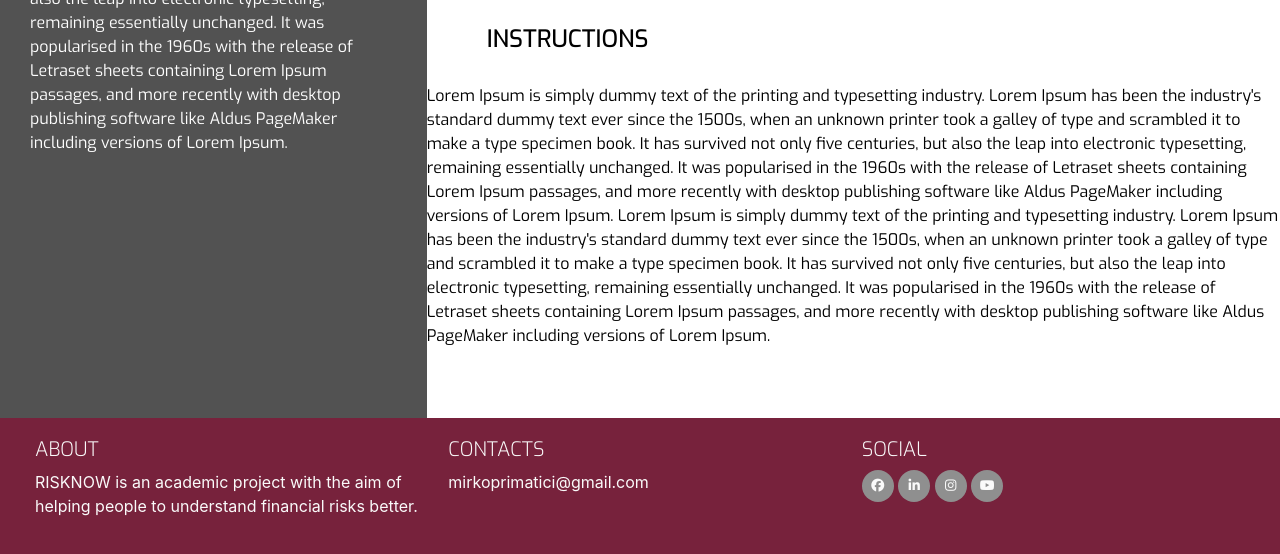
Repository: mirkoprimaticix/risknow.net
Page: eventrisk.html
The author's editor kept a record of every edit. The page is drawn from the files as they stood at one moment, then again after the next edit.
The browser window is 1280 px wide. The pictures show the part of the page from y = 723 to 1286 px (the page is 1277 px tall before and 1286 px after).
Some web libraries are served in a nearby version.

Above is the page before.
Console error: TypeError: Cannot read properties of undefined (reading 'fn')

After the next edit:
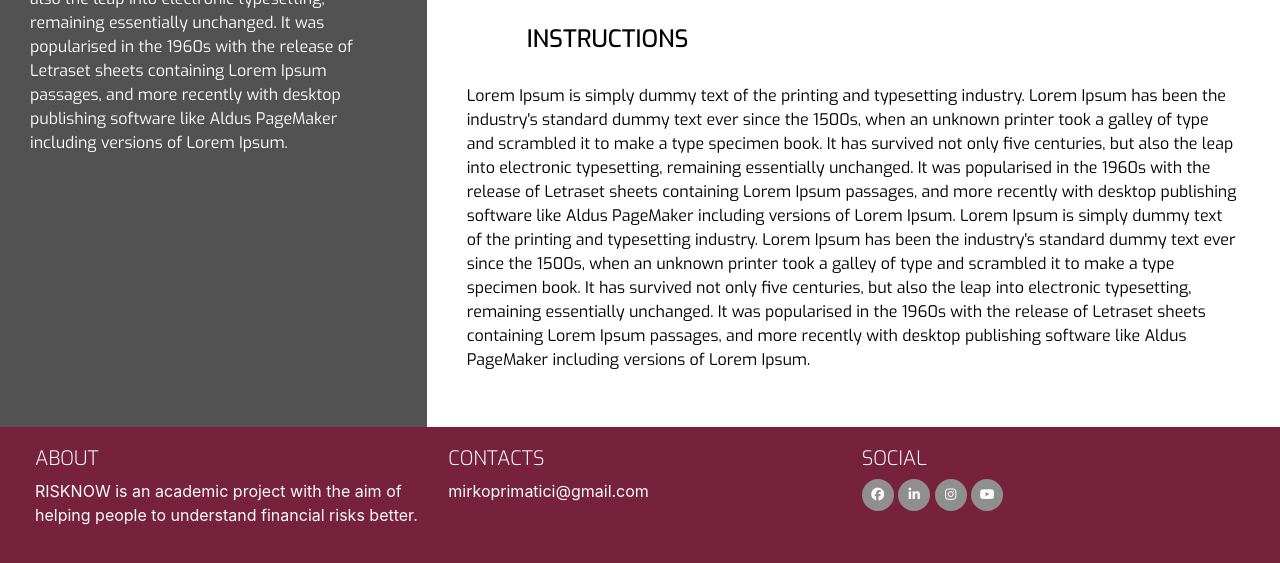
The edit:
--- a/assets/css/style.css
+++ b/assets/css/style.css
@@ -78,6 +78,7 @@
     margin-top: 25px;
     margin-bottom: 40px;
     color: black;
+    margin: 25px;
 }
 
 /* ----------------------------------------Special paddings/margins/text */
